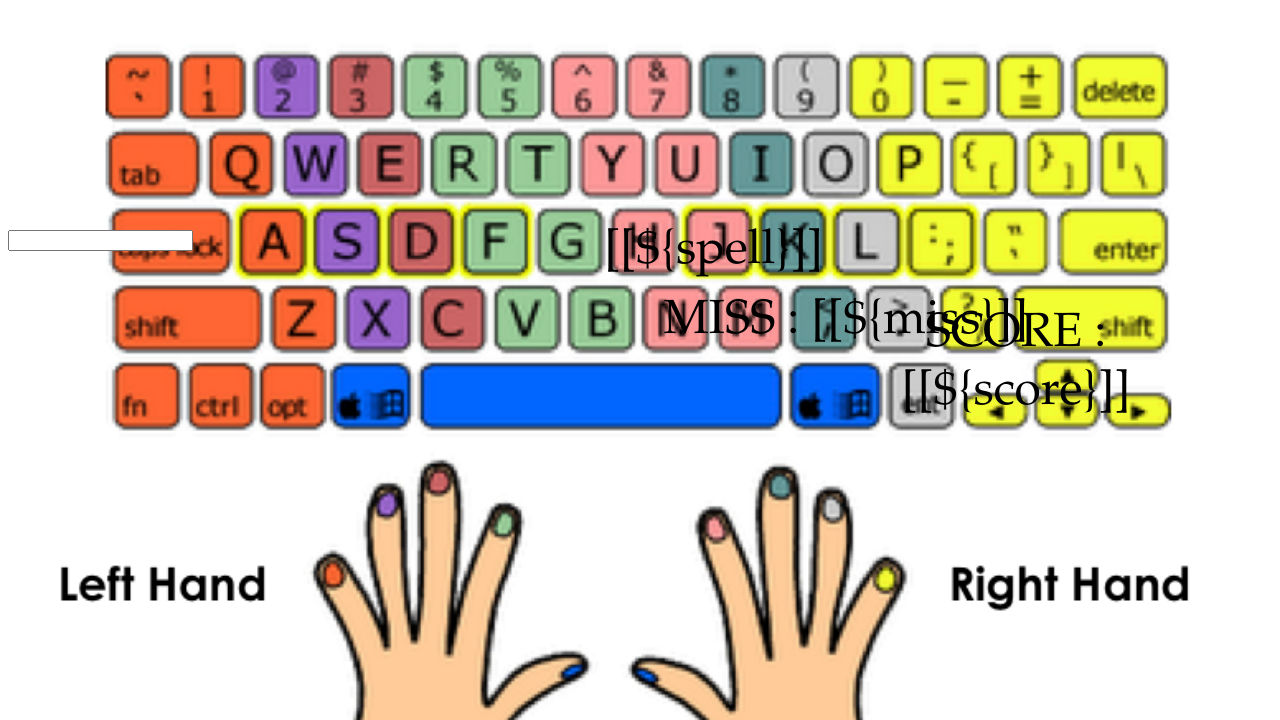
Repository: thaddeas01/typingskill
Page: src/main/resources/templates/single.html
The author's editor kept a copy of each file at every save. The page is drawn from the files as they stood at one save, then again after the next save.
The browser window is 1280 px wide. The pictures show the whole page.

Above is the page before, as saved 2023-01-14 00:40:01.
Console error: SyntaxError: Unexpected token '{'

### src/main/resources/templates/single.html
<head>
  <title>Game Application by Pentagon</title>
</head>

<body>
  <div id="app"></div>

  <p class="word1"> [[${spell}]]</p>
  <p class="word2"> MISS : [[${miss}]]</p>
  <p class="word3"> SCORE : [[${score}]]</p>
  <form th:action="@{/hantei(prob=${spell},miss=${miss},score=${score})}" method="post">
    <input type="text" name="answer" id="firstinput">
  </form>
</body>

<style>
  body {
      background-image: url('gamebacks.png');
      background-repeat: no-repeat;
      background-size: cover;
    }

    .word1{
      font-size: 3em;
      width: 400px;
      height: 100px;
      font-family: "garamond", serif;
      position: relative;
      text-align: center;
      top: 20%;
      left: 40%;
      display: inline-block;
      margin-top: 1rem;
    }
    .word2{
      font-size: 3em;
      width: 400px;
      height: 100px;
      font-family: "garamond", serif;
      position: relative;
      text-align: center;
      top: 30%;
      left: 18.5%;
      display: inline-block;
      margin-top: 1rem;
    }
    .word3{
      font-size: 3em;
      width: 400px;
      height: 100px;
      font-family: "garamond", serif;
      position: relative;
      text-align: center;
      top: 40%;
      left: -3/5%;
      display: inline-block;
      margin-top: 1rem;
    }
  .base-timer {
    position: relative;
    width: 150px;
    height: 150px;
  }

  .base-timer__svg {
    transform: scaleX(-1);
  }

  .base-timer__circle {
    fill: none;
    stroke: none;
  }

  .base-timer__path-elapsed {
    stroke-width: 7px;
    stroke: grey;
  }

  .base-timer__path-remaining {
    stroke-width: 7px;
    stroke-linecap: round;
    transform: rotate(90deg);
    transform-origin: center;
    transition: 1s linear all;
    fill-rule: nonzero;
    stroke: currentColor;
  }

  .base-timer__path-remaining.green {
    color: rgb(65, 184, 131);
  }

  .base-timer__path-remaining.orange {
    color: orange;
  }

  .base-timer__path-remaining.red {
    color: red;
  }

  .base-timer__label {
    position: relative;
    top: -110px;
    width: 150px;
    height: 150px;
    display: flex;
    align-items: flex-start;
    justify-content: center;
    font-size: 48px;
  }
</style>
<script th:inline="javascript">
  const FULL_DASH_ARRAY = 300;
  const WARNING_THRESHOLD = 4;
  const ALERT_THRESHOLD = 2;

  const COLOR_CODES = {
    info: {
      color: "green"
    },
    warning: {
      color: "orange",
      threshold: WARNING_THRESHOLD
    },
    alert: {
      color: "red",
      threshold: ALERT_THRESHOLD
    }
  };

  const TIME_LIMIT = 7;
  let timePassed = 0;
  let timeLeft = TIME_LIMIT;
  let timerInterval = null;
  let remainingPathColor = COLOR_CODES.info.color;
  var miss = [[${ miss }]];
  var score = [[${ score }]];

  document.getElementById("app").innerHTML = `
<div class="base-timer">
  <svg class="base-timer__svg" viewBox="0 0 100 100" xmlns="http://www.w3.org/2000/svg">
    <g class="base-timer__circle">
      <circle class="base-timer__path-elapsed" cx="50" cy="50" r="45"></circle>
      <path
        id="base-timer-path-remaining"
        stroke-dasharray="283"
        class="base-timer__path-remaining ${remainingPathColor}"
        d="
          M 50, 50
          m -45, 0
          a 45,45 0 1,0 90,0
          a 45,45 0 1,0 -90,0
        "
      ></path>
    </g>
  </svg>
  <span id="base-timer-label" class="base-timer__label">${formatTime(
    timeLeft
  )}</span>
</div>
`;
  document.getElementById('firstinput').focus();
  startTimer();

  function startTimer() {
    timerInterval = setInterval(() => {
      timePassed = timePassed += 1;
      timeLeft = TIME_LIMIT - timePassed;
      document.getElementById("base-timer-label").innerHTML = formatTime(
        timeLeft
      );
      setCircleDasharray();
      setRemainingPathColor(timeLeft);

      if (timeLeft === 0) {
        clearInterval(timerInterval);
        setTimeout(function () {
          location.href = "/timeout?miss=" + miss + "&score=" + score
        }, 0);
      }
    }, 1000);
  }

  function formatTime(time) {
    const minutes = Math.floor(time / 60);
    let seconds = time % 60;

    if (seconds < 10) {
      seconds = `0${seconds}`;
    }

    return `${minutes}:${seconds}`;
  }

  function setRemainingPathColor(timeLeft) {
    const { alert, warning, info } = COLOR_CODES;
    if (timeLeft <= alert.threshold) {
      document
        .getElementById("base-timer-path-remaining")
        .classList.remove(warning.color);
      document
        .getElementById("base-timer-path-remaining")
        .classList.add(alert.color);
    } else if (timeLeft <= warning.threshold) {
      document
        .getElementById("base-timer-path-remaining")
        .classList.remove(info.color);
      document
        .getElementById("base-timer-path-remaining")
        .classList.add(warning.color);
    }
  }

  function calculateTimeFraction() {
    const rawTimeFraction = timeLeft / TIME_LIMIT;
    return rawTimeFraction - (1 / TIME_LIMIT) * (1 - rawTimeFraction);
  }

  function setCircleDasharray() {
    const circleDasharray = `${(
      calculateTimeFraction() * FULL_DASH_ARRAY
    ).toFixed(0)} 283`;
    document
      .getElementById("base-timer-path-remaining")
      .setAttribute("stroke-dasharray", circleDasharray);
  }
</script>

After the next save:
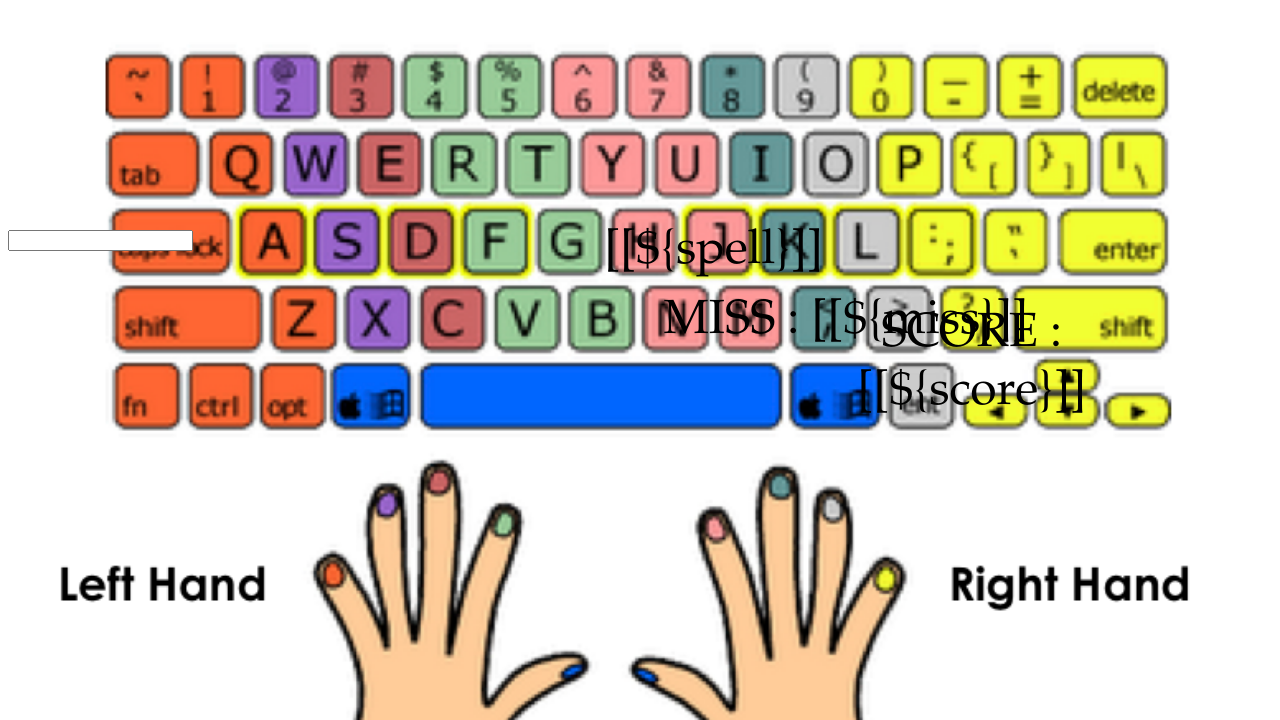
Saved 4 s later.
--- a/src/main/resources/templates/single.html
+++ b/src/main/resources/templates/single.html
@@ -52,7 +52,7 @@
       position: relative;
       text-align: center;
       top: 40%;
-      left: -3/5%;
+      left: -3.5%;
       display: inline-block;
       margin-top: 1rem;
     }
